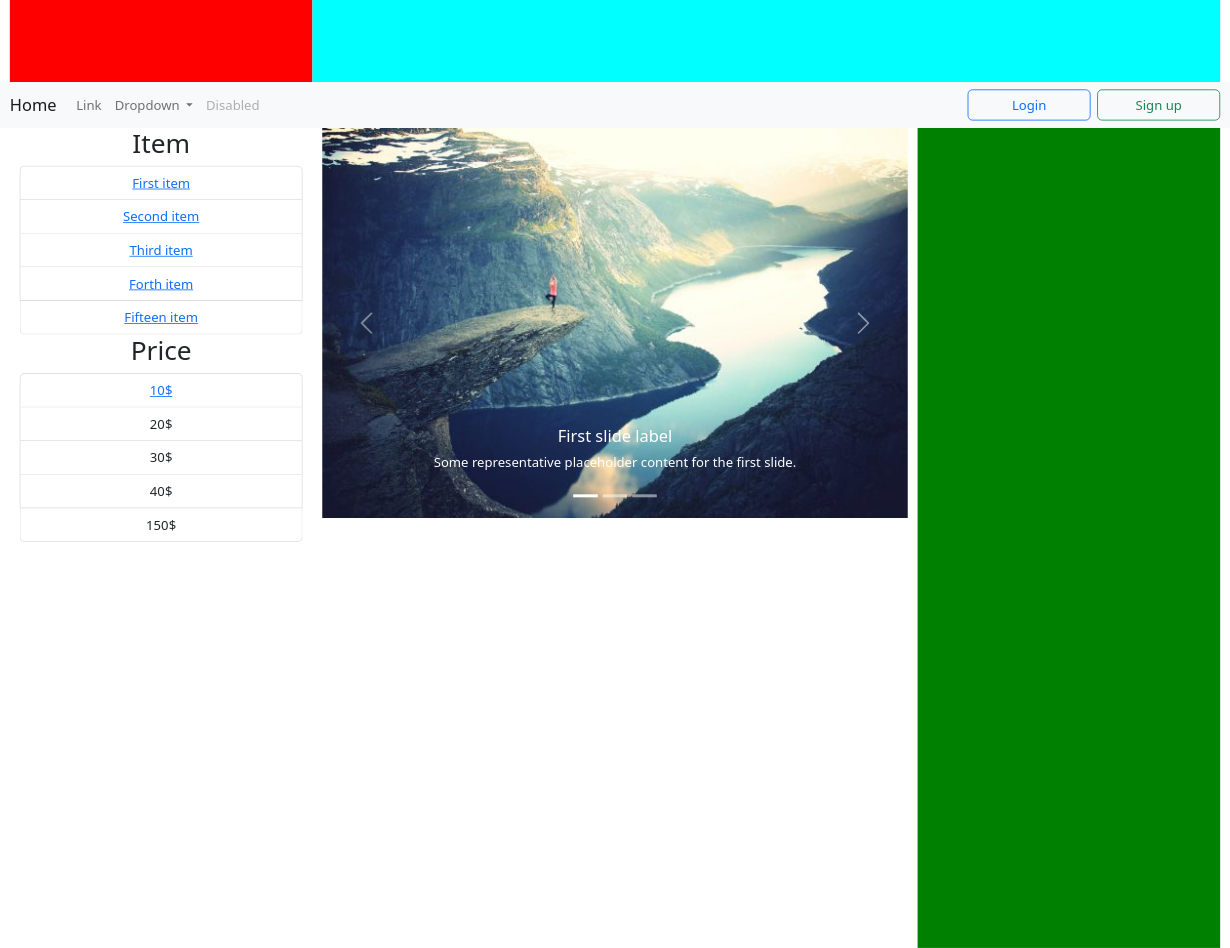
Repository: nguyenhung50497/MD2_bootstrap
Page: BT_giaoDienWeb/index.html
The author's editor kept a copy of each file at every save. The page is drawn from the files as they stood at one save, then again after a run of saves.
The browser window is 1280 px wide. The page is 1500 px wide, so the pictures cover 1500 px, including what lies to the right of the window. The pictures show the whole page, at 82% of full size.

Above is the page before, as saved 2022-11-30 14:03:35.

### BT_giaoDienWeb/index.html
<!DOCTYPE html>
<html lang="en">
<head>
    <meta charset="UTF-8">
    <meta http-equiv="X-UA-Compatible" content="IE=edge">
    <meta name="viewport" content="width=device-width, initial-scale=1.0">
    <link href="https://cdn.jsdelivr.net/npm/bootstrap@5.2.3/dist/css/bootstrap.min.css" rel="stylesheet" integrity="sha384-rbsA2VBKQhggwzxH7pPCaAqO46MgnOM80zW1RWuH61DGLwZJEdK2Kadq2F9CUG65" crossorigin="anonymous">
    <script src="https://cdn.jsdelivr.net/npm/bootstrap@5.2.3/dist/js/bootstrap.bundle.min.js" integrity="sha384-kenU1KFdBIe4zVF0s0G1M5b4hcpxyD9F7jL+jjXkk+Q2h455rYXK/7HAuoJl+0I4" crossorigin="anonymous"></script>
    <title>Document</title>
</head>
<style>
    .logo {
        background-color: red;
        height: 100px;
    }
    .anhBia {
        background-color: aqua;
        height: 100px;
    }
    .right {
        background-color: green;
        height: 1000px;
    }
</style>
<body>
<center>
    <div style="width: 1500px;">
    <header class="container-fluid row">
        <div class="col-lg-3 logo">
            <img src="" alt="">
        </div>
        <div class="col-lg-9 anhBia">
            <img src="" alt="">
        </div>
    </header>
    <nav class="navbar navbar-expand-lg bg-light">
        <div class="container-fluid">
          <a class="navbar-brand" href="#">Home</a>
          <button class="navbar-toggler" type="button" data-bs-toggle="collapse" data-bs-target="#navbarSupportedContent" aria-controls="navbarSupportedContent" aria-expanded="false" aria-label="Toggle navigation">
            <span class="navbar-toggler-icon"></span>
          </button>
          <div class="collapse navbar-collapse" id="navbarSupportedContent">
            <ul class="navbar-nav me-auto mb-2 mb-lg-0">
              <li class="nav-item">
                <a class="nav-link" href="#">Link</a>
              </li>
              <li class="nav-item dropdown">
                <a class="nav-link dropdown-toggle" href="#" role="button" data-bs-toggle="dropdown" aria-expanded="false">
                  Dropdown
                </a>
                <ul class="dropdown-menu">
                  <li><a class="dropdown-item" href="#">Action</a></li>
                  <li><a class="dropdown-item" href="#">Another action</a></li>
                  <li><hr class="dropdown-divider"></li>
                  <li><a class="dropdown-item" href="#">Something else here</a></li>
                </ul>
              </li>
              <li class="nav-item">
                <a class="nav-link disabled">Disabled</a>
              </li>
            </ul>
            <form class="d-flex" role="search">
              <button class="form-control me-2 btn btn-outline-primary" style="width: 150px;">Login</button>
              <button class="btn btn-outline-success" type="submit" style="width: 150px;">Sign up</button>
            </form>
          </div>
        </div>
      </nav>
    <div class="container-fluid row">
        <aside class="col-lg-3 left">
            <h2>Item</h2>
            <ul class="list-group">
                <li class="list-group-item"><a href="">First item</a></li>
                <li class="list-group-item"><a href="">Second item</a></li>
                <li class="list-group-item"><a href="">Third item</a></li>
                <li class="list-group-item"><a href="">Forth item</a></li>
                <li class="list-group-item"><a href="">Fifteen item</a></li>
            </ul>
            <h2>Price</h2>
            <ul class="list-group">
                <li class="list-group-item"><a href="">10$</a></li>
                <li class="list-group-item">20$</li>
                <li class="list-group-item">30$</li>
                <li class="list-group-item">40$</li>
                <li class="list-group-item">150$</li>
            </ul>
        </aside>
        <section class="col-lg-6 content">
            <div id="carouselExampleCaptions" class="carousel slide" data-bs-ride="false">
                <div class="carousel-indicators">
                  <button type="button" data-bs-target="#carouselExampleCaptions" data-bs-slide-to="0" class="active" aria-current="true" aria-label="Slide 1"></button>
                  <button type="button" data-bs-target="#carouselExampleCaptions" data-bs-slide-to="1" aria-label="Slide 2"></button>
                  <button type="button" data-bs-target="#carouselExampleCaptions" data-bs-slide-to="2" aria-label="Slide 3"></button>
                </div>
                <div class="carousel-inner">
                  <div class="carousel-item active">
                    <img src="anh1.jpg" class="d-block w-100" alt="Anh 1">
                    <div class="carousel-caption d-none d-md-block">
                      <h5>First slide label</h5>
                      <p>Some representative placeholder content for the first slide.</p>
                    </div>
                  </div>
                  <div class="carousel-item">
                    <img src="anh2.jpg" class="d-block w-100" alt="Anh 2">
                    <div class="carousel-caption d-none d-md-block">
                      <h5>Second slide label</h5>
                      <p>Some representative placeholder content for the second slide.</p>
                    </div>
                  </div>
                  <div class="carousel-item">
                    <img src="anh3.jpg" class="d-block w-100" alt="Anh 3">
                    <div class="carousel-caption d-none d-md-block">
                      <h5>Third slide label</h5>
                      <p>Some representative placeholder content for the third slide.</p>
                    </div>
                  </div>
                </div>
                <button class="carousel-control-prev" type="button" data-bs-target="#carouselExampleCaptions" data-bs-slide="prev">
                  <span class="carousel-control-prev-icon" aria-hidden="true"></span>
                  <span class="visually-hidden">Previous</span>
                </button>
                <button class="carousel-control-next" type="button" data-bs-target="#carouselExampleCaptions" data-bs-slide="next">
                  <span class="carousel-control-next-icon" aria-hidden="true"></span>
                  <span class="visually-hidden">Next</span>
                </button>
              </div>
        </section>
        <aside class="col-lg-3 right"></aside>
    </div>
    <footer></footer>
    </div>
</center>
</body>
</html>

After the next 7 saves:
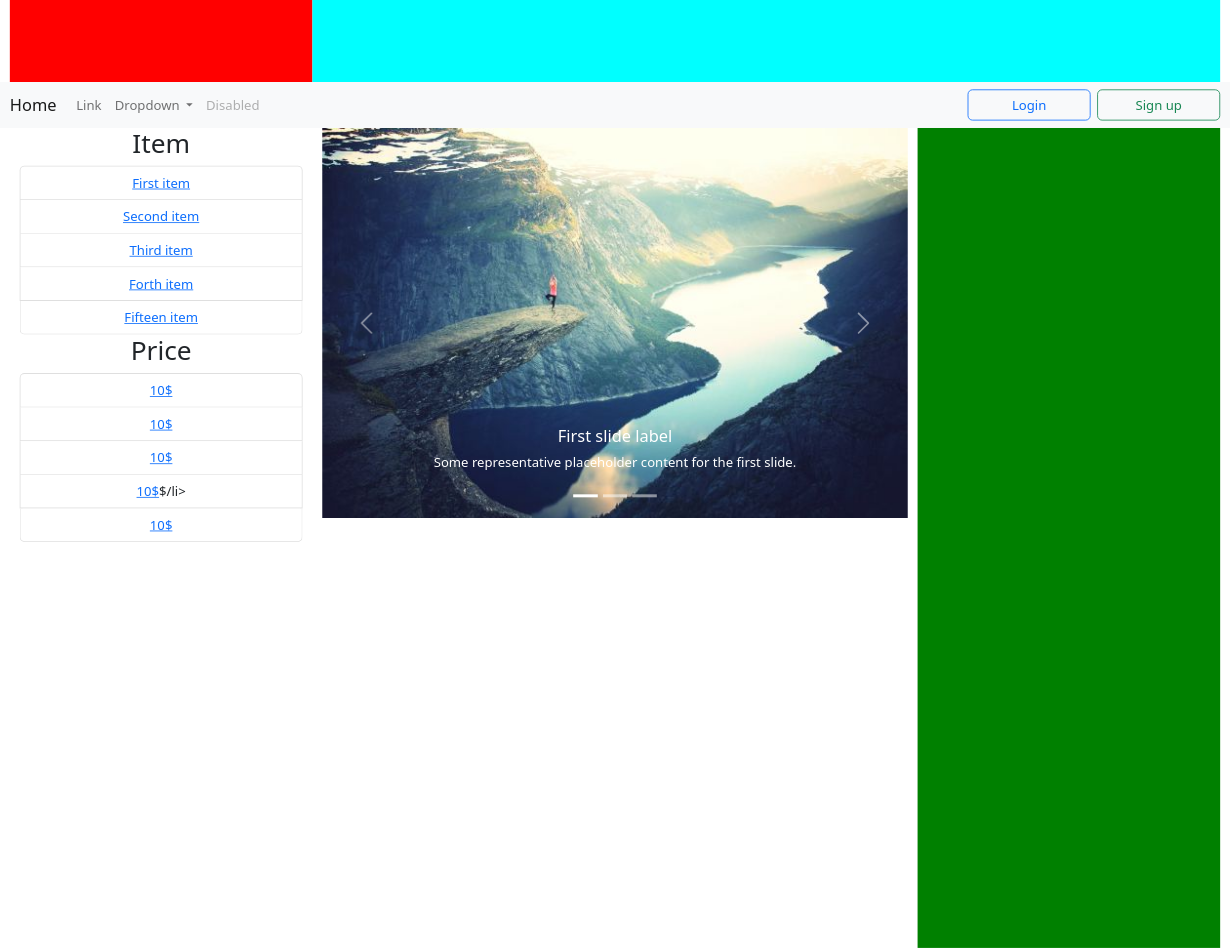
The 7 saves are shown as one change because they came seconds apart.
The last was saved 21 s later.
--- a/BT_giaoDienWeb/index.html
+++ b/BT_giaoDienWeb/index.html
@@ -79,10 +79,10 @@
             <h2>Price</h2>
             <ul class="list-group">
                 <li class="list-group-item"><a href="">10$</a></li>
-                <li class="list-group-item">20$</li>
-                <li class="list-group-item">30$</li>
-                <li class="list-group-item">40$</li>
-                <li class="list-group-item">150$</li>
+                <li class="list-group-item"><a href="">10$</a></li>
+                <li class="list-group-item"><a href="">10$</a></li>
+                <li class="list-group-item"><a href=""> 10$</a>$/li>
+                <li class="list-group-item"><a href="">10$</a></li>
             </ul>
         </aside>
         <section class="col-lg-6 content">
